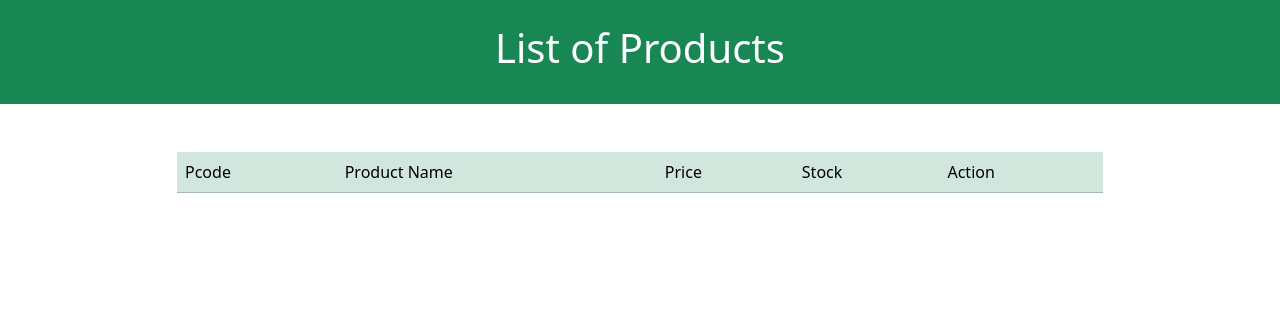
Repository: igatecomputereducation/classes
Page: http://localhost/spring-mvc-project/dispproducts
These files come from the project's save history. The page is drawn as it stood at one moment and after the next save; the edit follows.
The browser window is 1280 px wide. The pictures show the whole page.
The page is served by Tomcat 9. Queries for data that is not in the repository find no rows.

Above is the page before, as saved 2024-02-28 04:31:28.

After the next save:
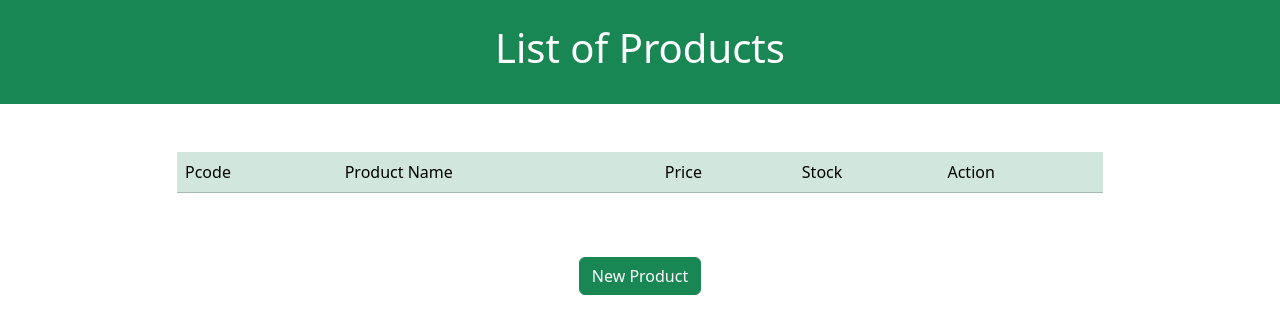
Saved 5 min 13 s later.
--- a/spring-mvc-project/spring-mvc-project/src/main/webapp/WEB-INF/views/dispproducts.jsp
+++ b/spring-mvc-project/spring-mvc-project/src/main/webapp/WEB-INF/views/dispproducts.jsp
@@ -55,15 +55,17 @@
 
 
                     </table>
-
-
-
+					<div class="text-center">
+	         			<br><br>
+	               		<a href="crproducts" class="btn btn-success">New Product</a>
+          			</div>
 
             </div>
             <div class="col-md-1">
             </div>
         </div>
 
+
     </div>
     <script src="https://cdn.jsdelivr.net/npm/bootstrap@5.3.3/dist/js/bootstrap.bundle.min.js" integrity="sha384-YvpcrYf0tY3lHB60NNkmXc5s9fDVZLESaAA55NDzOxhy9GkcIdslK1eN7N6jIeHz" crossorigin="anonymous"></script>
 </body>
